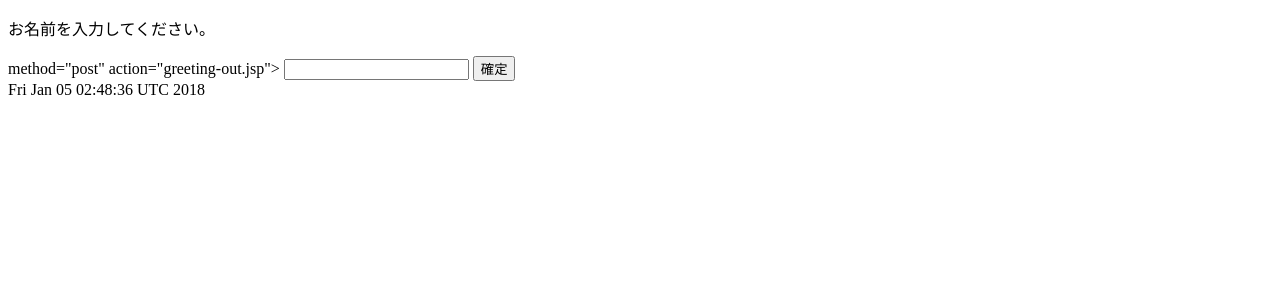
Repository: nhikaru/backup
Page: http://localhost/HelloJSP/
The author's editor kept a copy of each file at every save. The page is drawn from the files as they stood at one save, then again after the next save.
The browser window is 1280 px wide. The pictures show the whole page.
The page is served by Tomcat 9.

Above is the page before, as saved 2018-01-05 04:49:57.

### HelloJSP/WebContent/index.jsp
<%@ page language="java" contentType="text/html; charset=UTF-8"
    pageEncoding="UTF-8"%>
<!DOCTYPE html>
<html>
<head>
<meta charset="UTF-8">
<title>TEST</title>
</head>
<body>
<p>お名前を入力してください。</p>
<form> method="post" action="greeting-out.jsp">
<input type="text" name="user">
<input type="submit" value="確定">
</form>
<% out.println(new java.util.Date()); %>
</body>
</html>

After the next save:
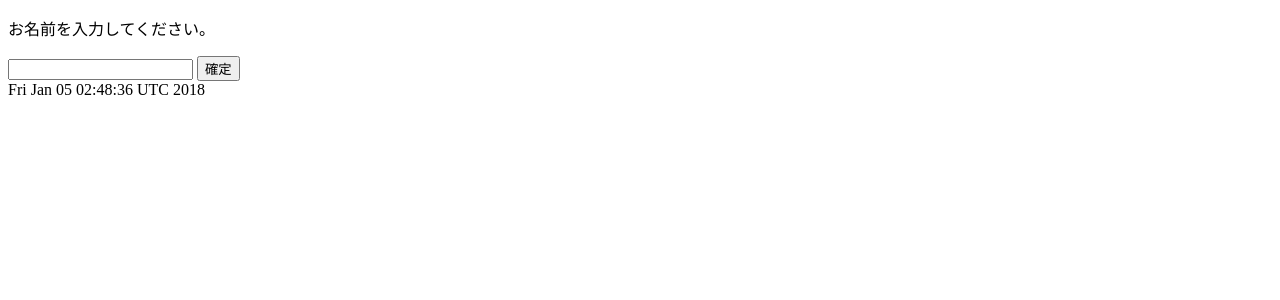
Saved 15 min 31 s later.
--- a/HelloJSP/WebContent/index.jsp
+++ b/HelloJSP/WebContent/index.jsp
@@ -8,7 +8,7 @@
 </head>
 <body>
 <p>お名前を入力してください。</p>
-<form> method="post" action="greeting-out.jsp">
+<form method="post" action="greeting-out.jsp">
 <input type="text" name="user">
 <input type="submit" value="確定">
 </form>
